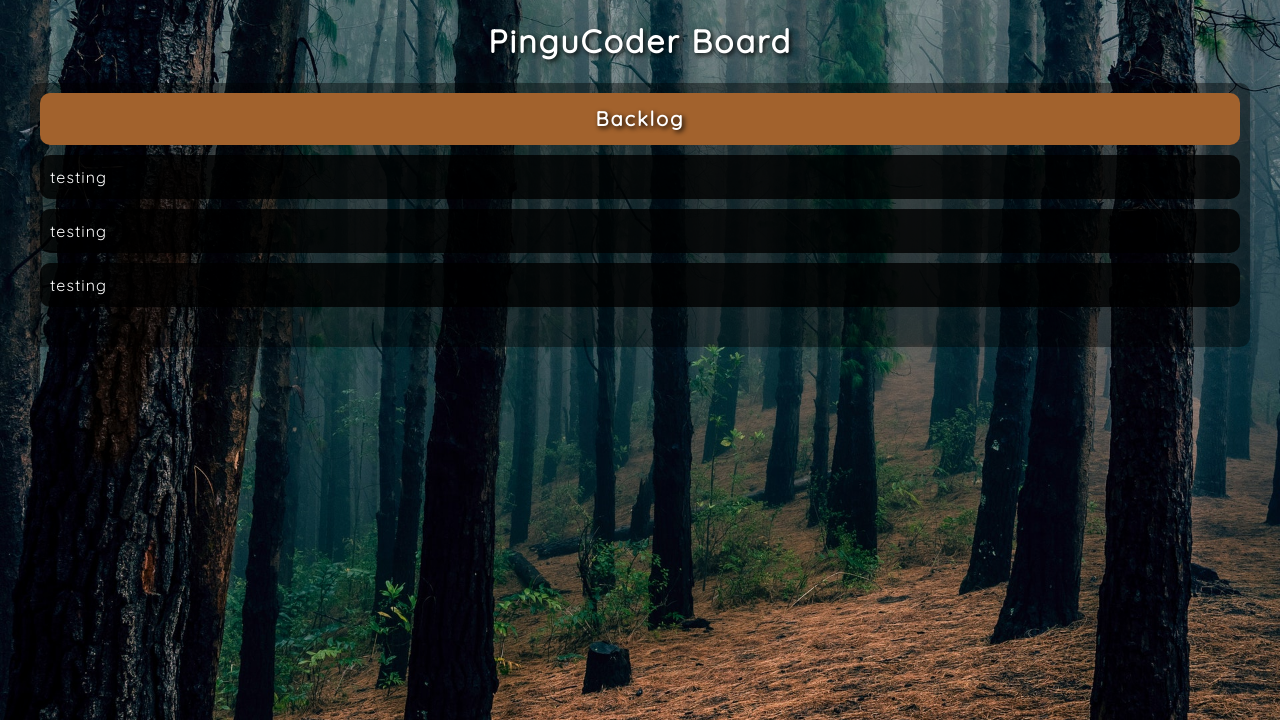
Repository: chanwarichawki/6Drag-And-Drop
Page: index.html
An editor plug-in stored every save of this project. The page is shown before and after a run of saves, followed by the edit.
The browser window is 1280 px wide. The pictures show the whole page.

Above is the page before, as saved 2023-12-25 18:41:54.

After the next 3 saves:
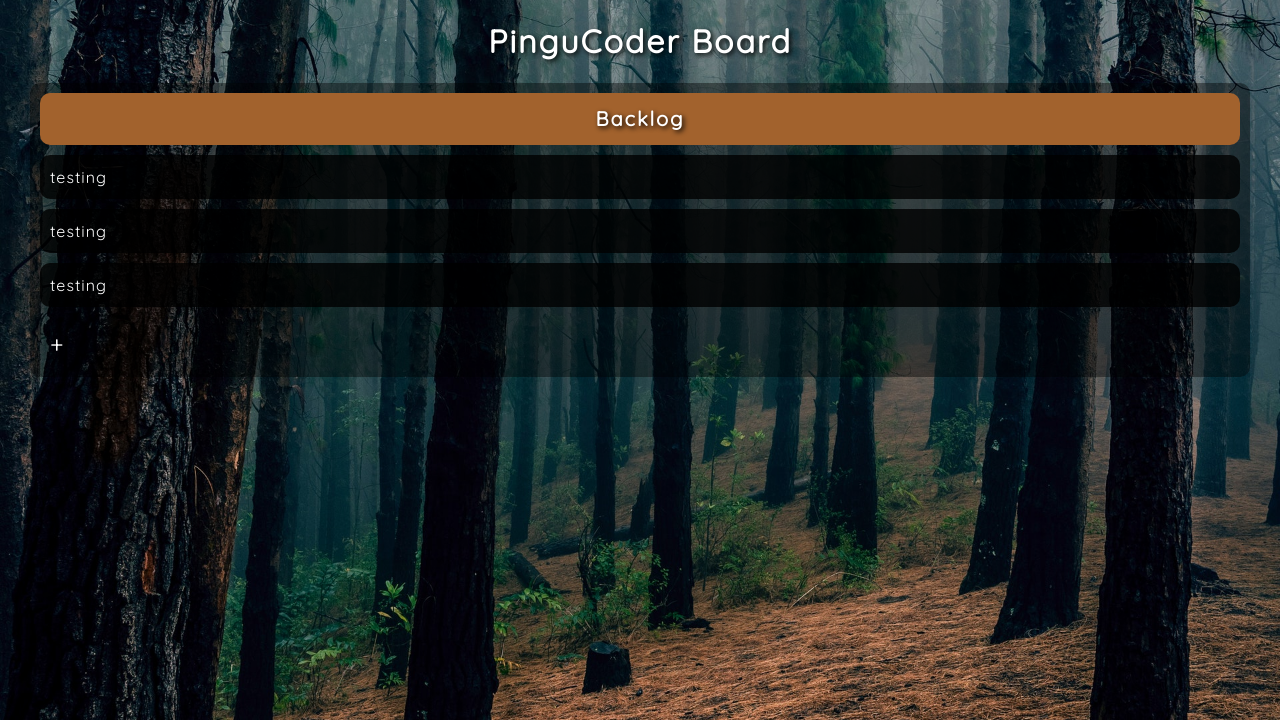
The 3 saves are shown as one change because they came seconds apart.
The last was saved 14 s later.
--- a/index.html
+++ b/index.html
@@ -27,9 +27,7 @@
         <!-- add button group -->
         <div class="add-btn-group">
           <div class="add-btn">
-            <span class="plus-sign">
-
-            </span>
+            <span class="plus-sign">+</span>
           </div>
         </div>
 
